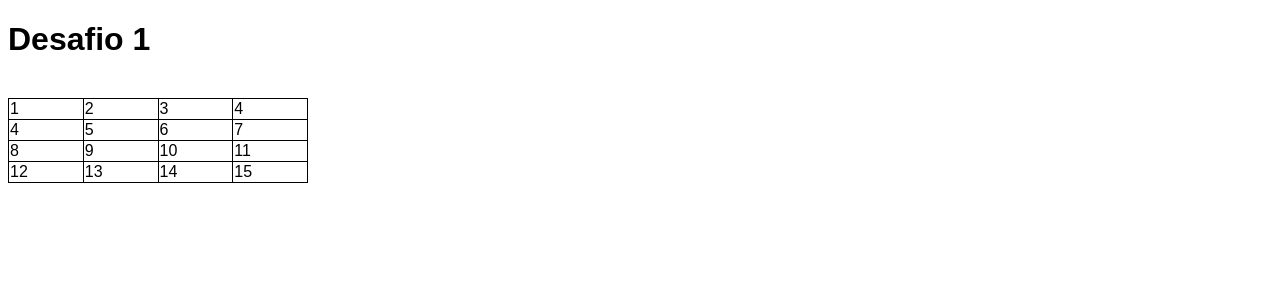
Repository: railsondev/html-css
Page: Módulo3/Desafio/D02 - tabela A/tabelaa.html
These files come from the project's save history. The page is drawn as it stood at one moment and after the next save; the edit follows.
The browser window is 1280 px wide. The pictures show the whole page.

Above is the page before, as saved 2024-10-19 21:59:50.

After the next save:
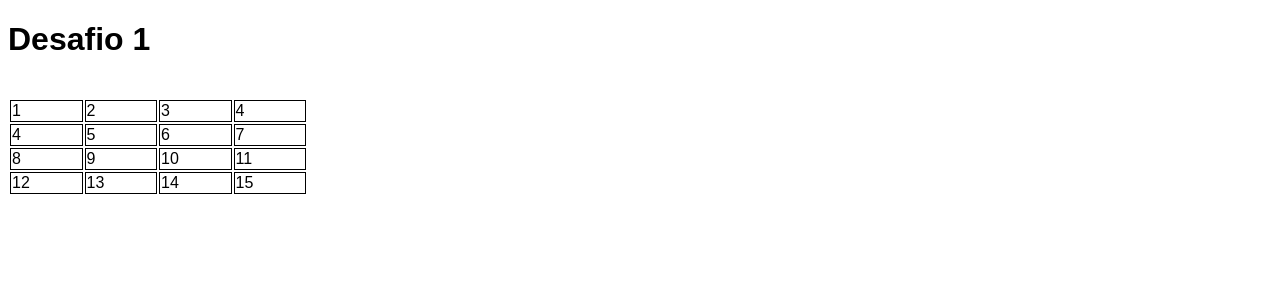
Saved 11 s later.
--- a/Módulo3/Desafio/D02 - tabela A/style.css
+++ b/Módulo3/Desafio/D02 - tabela A/style.css
@@ -6,7 +6,7 @@ body {
 
 table {
   width: 300px;
-  border-collapse: collapse;
+  border-collapse: separate;
 }
 
 td {
